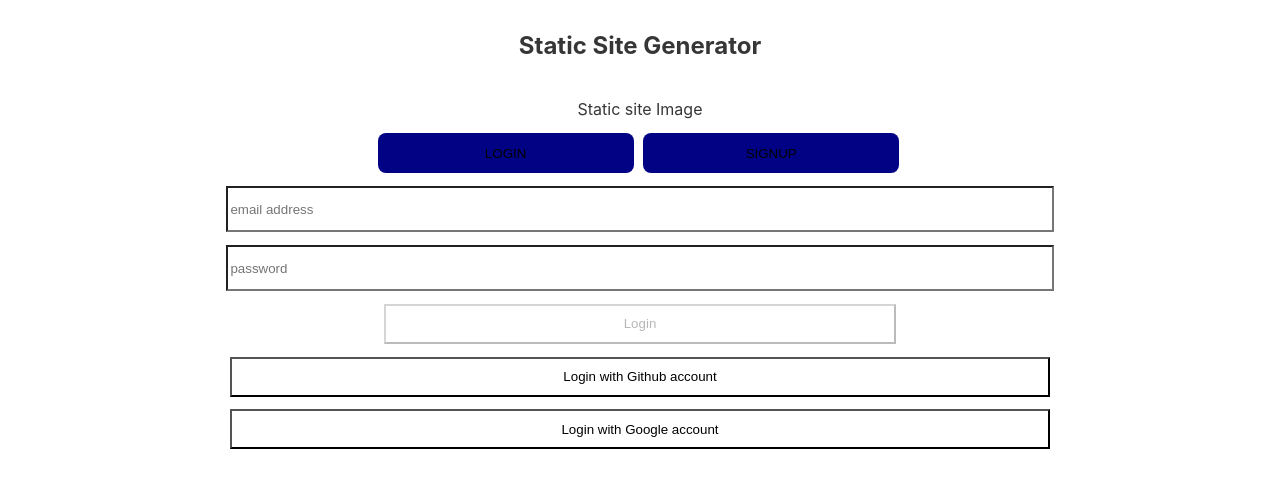
Repository: ValGrace/static-site-generator
Page: / (app in client-frontend/)
An editor plug-in stored every save of this project. The page is shown before and after the next save, followed by the edit.
The browser window is 1280 px wide. The pictures show the whole page.
The pointer rests on the first visible `.type-btn`.
The project was rebuilt for these pictures with package versions that can differ from the ones it lists, and the page was loaded fresh each time. Also part of the build but not shown: client-frontend/vite.config.js, client-frontend/src/Components/Signup.jsx, client-frontend/src/App.css.

Above is the page before, as saved 2023-02-04 13:17:31.

### client-frontend/index.html
<!DOCTYPE html>
<html lang="en">
  <head>
    <meta charset="UTF-8" />
    <link rel="icon" type="image/svg+xml" href="/vite.svg" />
    <meta name="viewport" content="width=device-width, initial-scale=1.0" />
    <title>Static Site Generator</title>
  </head>
  <body>
    <div id="root"></div>
    <script type="module" src="/src/main.jsx"></script>
  </body>
</html>

### client-frontend/src/App.jsx
import Dashboard from './Pages/Dashboard'
import './App.css'

function App() {


  return (
    <div className="App">
      <Dashboard />
    </div>
  )
}

export default App

### client-frontend/src/index.css
:root {
  font-family: Inter, system-ui, Avenir, Helvetica, Arial, sans-serif;
  line-height: 1.5;
  font-weight: 400;

  color-scheme: light dark;
  color: rgba(24, 24, 24, 0.87);
  background-color: #ffffff;

  font-synthesis: none;
  text-rendering: optimizeLegibility;
  -webkit-font-smoothing: antialiased;
  -moz-osx-font-smoothing: grayscale;
  -webkit-text-size-adjust: 100%;
}

### client-frontend/src/Pages/Dashboard.jsx
import React, { useReducer} from 'react'
import Login from '../Components/Login'
import Signup from '../Components/Signup'

const initialState = {page : <Login />}
function reducer(state, action) {
    switch(action.type) {
        case 'loginpage':
          return { page: <Login />}
        case 'signuppage':
            return { page: <Signup />}
        default:
            return { page: <h2>Loading....</h2>}
    }
}
const Dashboard = () => {
    const [state, dispatch] = useReducer(reducer, initialState)
    return (
        <div className='dashboard'>
         <h2>Static Site Generator</h2>
         <div>Static site Image</div>
         <div className='dash' id='dash'>
            <div className='toggleForms'>
                <button onClick={() => dispatch({type: 'loginpage'})} className="type-btn">Login</button>
                <button onClick={() => dispatch({type: 'signuppage'})
                } className="type-btn">Signup</button>
                </div>
            <React.Fragment>{state.page}</React.Fragment>

            <button id="auth-btns">Login with Github account</button>
            <button id="auth-btns">Login with Google account</button>
         </div>
       </div>
    )
}

export default Dashboard

### client-frontend/src/Components/Login.jsx
import { useRef, useState } from 'react'
import "./Inputs.css"
const Login = () => {
    const emailRef = useRef()
    const passwordRef = useRef()
    const [loading, setLoading] = useState(true)
    const LoginSession = () => {

    }
    return (
    <form onSubmit={LoginSession} className="signupForm">
        <input type='email' placeholder='email address' ref={emailRef} />
        <input type='password' placeholder='password' ref={passwordRef} />
        <button disabled={loading} type='submit' id='sign'>Login</button>
    </form>
    )
}

export default Login

### client-frontend/src/Components/Inputs.css
form, #dash {
    width: 80vw;
}
.signupForm, .dash, .dashboard {
   display: flex;
   flex-direction: column;
   justify-content: center;
   align-items: center;
   gap: 0.8em;
}

input, button {
    width: 80%;
    height: 3em;
    background-color: transparent;
}

#sign {
   width: 40vw;
}

.toggleForms {
    display: grid;
    grid-template-columns: 50% 50%;
    gap: 0.4em;
    justify-content: center;
    align-items: center;
}

.type-btn {
    background-color: rgb(2, 2, 133);
    border: none;
    width: 20vw;
    border-radius: 8px;
    text-transform: uppercase;
}

.type-btn:hover {

}

Loaded but not shown: client-frontend/src/main.jsx (common file)

After the next save:
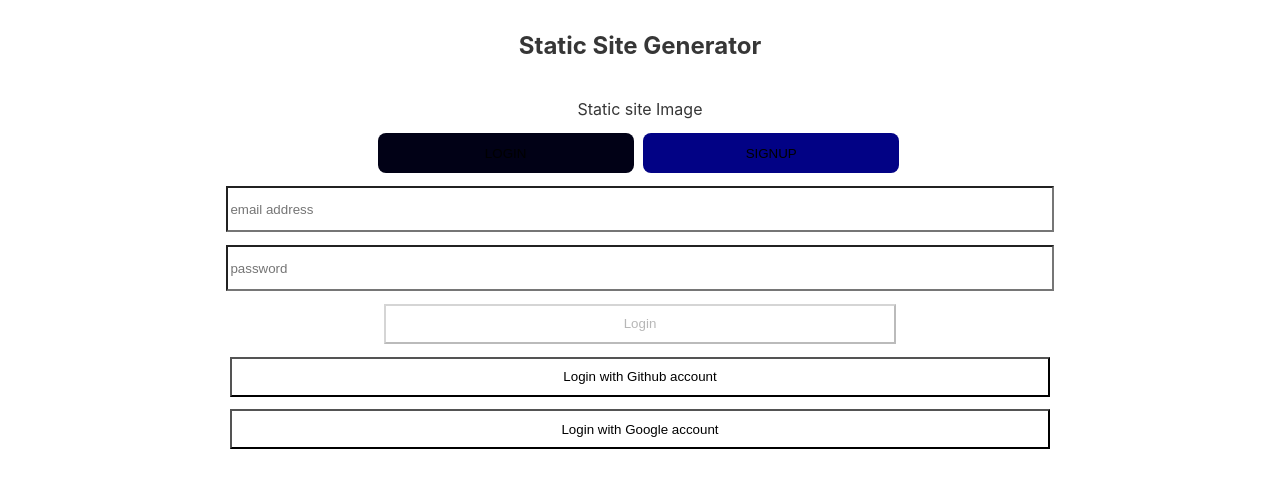
Saved 22 s later.
--- a/client-frontend/src/Components/Inputs.css
+++ b/client-frontend/src/Components/Inputs.css
@@ -36,5 +36,5 @@ input, button {
 }
 
 .type-btn:hover {
-
+   background-color: rgb(1, 1, 22);
 }
